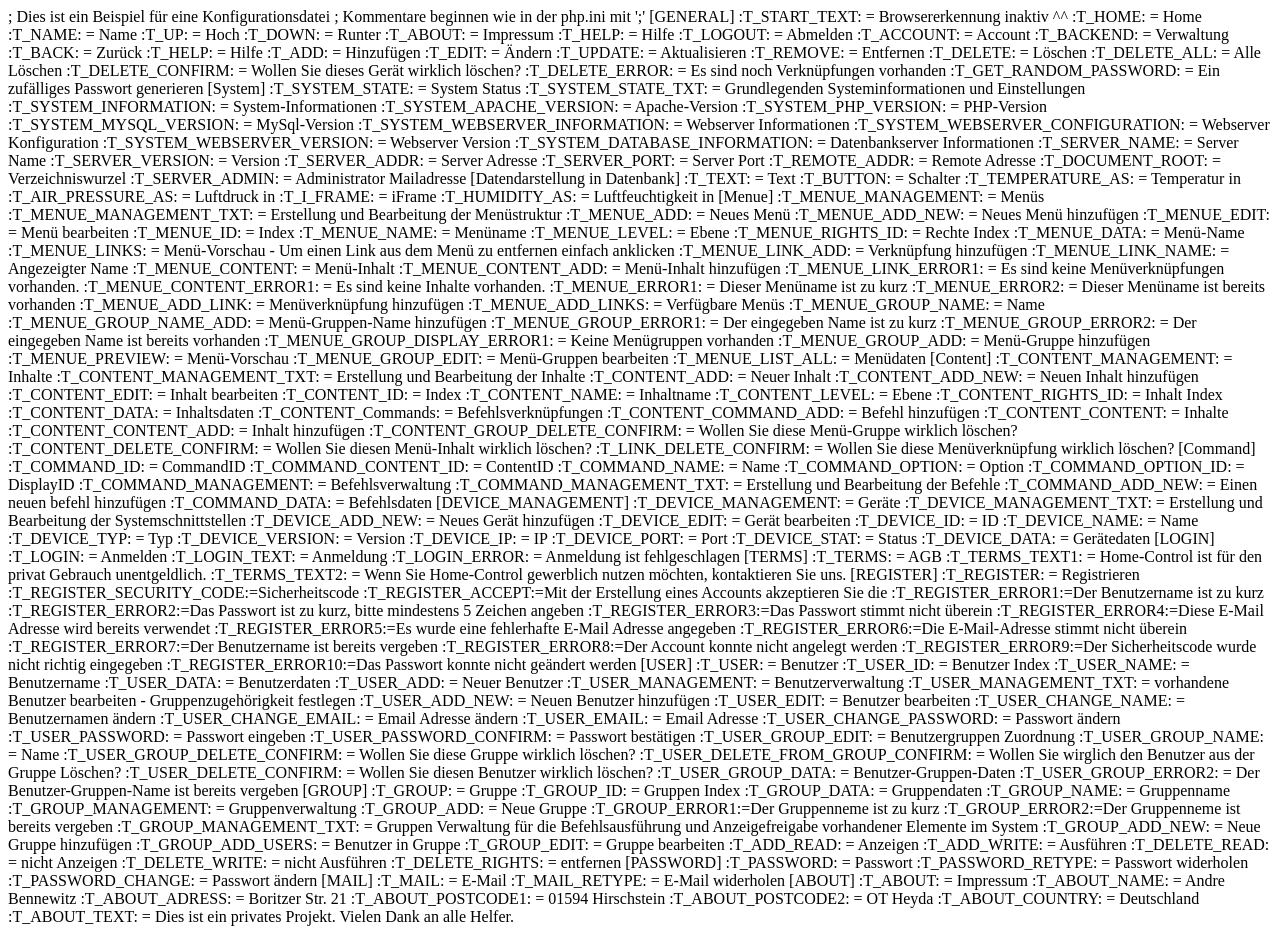
Repository: 0xF3ERROR/Home-Control
Page: http://localhost/language/lang_Ger.php
The author's editor kept a copy of each file at every save. The page is drawn from the files as they stood at one save, then again after the next save.
The browser window is 1280 px wide. The pictures show the whole page.
The page is run by PHP 8.4 with error messages shown; the project is at /var/www/html/.

Above is the page before, as saved 2012-09-16 16:48:00.

### Source/language/lang_Ger.php
; Dies ist ein Beispiel für eine Konfigurationsdatei
; Kommentare beginnen wie in der php.ini mit ';'


[GENERAL]
:T_START_TEXT: = Browsererkennung inaktiv ^^
:T_HOME: = Home
:T_NAME: = Name
:T_UP: = Hoch
:T_DOWN: = Runter
:T_ABOUT: = Impressum
:T_HELP: = Hilfe
:T_LOGOUT: = Abmelden
:T_ACCOUNT: = Account
:T_BACKEND: = Verwaltung
:T_BACK: = Zurück
:T_HELP: = Hilfe
:T_ADD: = Hinzufügen
:T_EDIT: = Ändern
:T_UPDATE: = Aktualisieren
:T_REMOVE: = Entfernen
:T_DELETE: = Löschen
:T_DELETE_ALL: = Alle Löschen
:T_DELETE_CONFIRM: = Wollen Sie dieses Gerät wirklich löschen?
:T_DELETE_ERROR: = Es sind noch Verknüpfungen vorhanden
:T_GET_RANDOM_PASSWORD: = Ein zufälliges Passwort generieren


[System]
:T_SYSTEM_STATE: = System Status
:T_SYSTEM_STATE_TXT: = Grundlegenden Systeminformationen und Einstellungen
:T_SYSTEM_INFORMATION: = System-Informationen
:T_SYSTEM_APACHE_VERSION: = Apache-Version
:T_SYSTEM_PHP_VERSION: = PHP-Version
:T_SYSTEM_MYSQL_VERSION: = MySql-Version
:T_SYSTEM_WEBSERVER_INFORMATION: = Webserver Informationen
:T_SYSTEM_WEBSERVER_CONFIGURATION: = Webserver Konfiguration
:T_SYSTEM_WEBSERVER_VERSION: = Webserver Version
:T_SYSTEM_DATABASE_INFORMATION: = Datenbankserver Informationen
:T_SERVER_NAME: = Server Name
:T_SERVER_VERSION: = Version
:T_SERVER_ADDR: = Server Adresse
:T_SERVER_PORT: = Server Port
:T_REMOTE_ADDR: = Remote Adresse
:T_DOCUMENT_ROOT: = Verzeichniswurzel
:T_SERVER_ADMIN: = Administrator Mailadresse





[Datendarstellung in Datenbank]
:T_TEXT: = Text
:T_BUTTON: = Schalter
:T_TEMPERATURE_AS: = Temperatur in
:T_AIR_PRESSURE_AS: = Luftdruck in
:T_I_FRAME: = iFrame
:T_HUMIDITY_AS: = Luftfeuchtigkeit in



[Menue]
:T_MENUE_MANAGEMENT: = Menüs
:T_MENUE_MANAGEMENT_TXT: = Erstellung und Bearbeitung der Menüstruktur
:T_MENUE_ADD: = Neues Menü
:T_MENUE_ADD_NEW: = Neues Menü hinzufügen
:T_MENUE_EDIT: = Menü bearbeiten
:T_MENUE_ID: = Index
:T_MENUE_NAME: = Menüname
:T_MENUE_LEVEL: = Ebene
:T_MENUE_RIGHTS_ID: = Rechte Index
:T_MENUE_DATA: = Menü-Name
:T_MENUE_LINKS: = Menü-Vorschau - Um einen Link aus dem Menü zu entfernen einfach anklicken
:T_MENUE_LINK_ADD: = Verknüpfung hinzufügen
:T_MENUE_LINK_NAME: = Angezeigter Name
:T_MENUE_CONTENT: = Menü-Inhalt
:T_MENUE_CONTENT_ADD: = Menü-Inhalt hinzufügen
:T_MENUE_LINK_ERROR1: = Es sind keine Menüverknüpfungen vorhanden.
:T_MENUE_CONTENT_ERROR1: = Es sind keine Inhalte vorhanden.
:T_MENUE_ERROR1: = Dieser Menüname ist zu kurz
:T_MENUE_ERROR2: = Dieser Menüname ist bereits vorhanden
:T_MENUE_ADD_LINK: = Menüverknüpfung hinzufügen
:T_MENUE_ADD_LINKS: = Verfügbare Menüs
:T_MENUE_GROUP_NAME: = Name
:T_MENUE_GROUP_NAME_ADD: = Menü-Gruppen-Name hinzufügen
:T_MENUE_GROUP_ERROR1: = Der eingegeben Name ist zu kurz
:T_MENUE_GROUP_ERROR2: = Der eingegeben Name ist bereits vorhanden
:T_MENUE_GROUP_DISPLAY_ERROR1: = Keine Menügruppen vorhanden
:T_MENUE_GROUP_ADD: = Menü-Gruppe hinzufügen
:T_MENUE_PREVIEW: = Menü-Vorschau
:T_MENUE_GROUP_EDIT: = Menü-Gruppen bearbeiten
:T_MENUE_LIST_ALL: = Menüdaten

[Content]
:T_CONTENT_MANAGEMENT: = Inhalte
:T_CONTENT_MANAGEMENT_TXT: = Erstellung und Bearbeitung der Inhalte
:T_CONTENT_ADD: = Neuer Inhalt
:T_CONTENT_ADD_NEW: = Neuen Inhalt hinzufügen
:T_CONTENT_EDIT: = Inhalt bearbeiten
:T_CONTENT_ID: = Index
:T_CONTENT_NAME: = Inhaltname
:T_CONTENT_LEVEL: = Ebene
:T_CONTENT_RIGHTS_ID: = Inhalt Index
:T_CONTENT_DATA: = Inhaltsdaten
:T_CONTENT_Commands: = Befehlsverknüpfungen
:T_CONTENT_COMMAND_ADD: = Befehl hinzufügen
:T_CONTENT_CONTENT: = Inhalte
:T_CONTENT_CONTENT_ADD: = Inhalt hinzufügen
:T_CONTENT_GROUP_DELETE_CONFIRM: = Wollen Sie diese Menü-Gruppe wirklich löschen?
:T_CONTENT_DELETE_CONFIRM: = Wollen Sie diesen Menü-Inhalt wirklich löschen?
:T_LINK_DELETE_CONFIRM: = Wollen Sie diese Menüverknüpfung wirklich löschen?



[Command]
:T_COMMAND_ID: = CommandID
:T_COMMAND_CONTENT_ID: = ContentID
:T_COMMAND_NAME: = Name
:T_COMMAND_OPTION: = Option
:T_COMMAND_OPTION_ID: = DisplayID
:T_COMMAND_MANAGEMENT: = Befehlsverwaltung
:T_COMMAND_MANAGEMENT_TXT: = Erstellung und Bearbeitung der Befehle
:T_COMMAND_ADD_NEW: = Einen neuen befehl hinzufügen
:T_COMMAND_DATA: = Befehlsdaten


[DEVICE_MANAGEMENT]
:T_DEVICE_MANAGEMENT: = Geräte
:T_DEVICE_MANAGEMENT_TXT: = Erstellung und Bearbeitung der Systemschnittstellen
:T_DEVICE_ADD_NEW: = Neues Gerät hinzufügen
:T_DEVICE_EDIT: = Gerät bearbeiten
:T_DEVICE_ID: = ID
:T_DEVICE_NAME: = Name
:T_DEVICE_TYP: = Typ
:T_DEVICE_VERSION: = Version
:T_DEVICE_IP: = IP
:T_DEVICE_PORT: = Port
:T_DEVICE_STAT: = Status
:T_DEVICE_DATA: = Gerätedaten


[LOGIN]
:T_LOGIN: = Anmelden
:T_LOGIN_TEXT: = Anmeldung
:T_LOGIN_ERROR: = Anmeldung ist fehlgeschlagen


[TERMS]
:T_TERMS: = AGB
:T_TERMS_TEXT1: = Home-Control ist für den privat Gebrauch unentgeldlich.
:T_TERMS_TEXT2: = Wenn Sie Home-Control gewerblich nutzen möchten, kontaktieren Sie uns.


[REGISTER]
:T_REGISTER: = Registrieren
:T_REGISTER_SECURITY_CODE:=Sicherheitscode
:T_REGISTER_ACCEPT:=Mit der Erstellung eines Accounts akzeptieren Sie die
:T_REGISTER_ERROR1:=Der Benutzername ist zu kurz
:T_REGISTER_ERROR2:=Das Passwort ist zu kurz, bitte mindestens 5 Zeichen angeben
:T_REGISTER_ERROR3:=Das Passwort stimmt nicht überein
:T_REGISTER_ERROR4:=Diese E-Mail Adresse wird bereits verwendet
:T_REGISTER_ERROR5:=Es wurde eine fehlerhafte E-Mail Adresse angegeben
:T_REGISTER_ERROR6:=Die E-Mail-Adresse stimmt nicht überein
:T_REGISTER_ERROR7:=Der Benutzername ist bereits vergeben
:T_REGISTER_ERROR8:=Der Account konnte nicht angelegt werden
:T_REGISTER_ERROR9:=Der Sicherheitscode wurde nicht richtig eingegeben
:T_REGISTER_ERROR10:=Das Passwort konnte nicht geändert werden


[USER]
:T_USER: = Benutzer
:T_USER_ID: = Benutzer Index
:T_USER_NAME: = Benutzername
:T_USER_DATA: = Benutzerdaten
:T_USER_ADD: = Neuer Benutzer
:T_USER_MANAGEMENT: = Benutzerverwaltung
:T_USER_MANAGEMENT_TXT: = vorhandene Benutzer bearbeiten - Gruppenzugehörigkeit festlegen
:T_USER_ADD_NEW: = Neuen Benutzer hinzufügen
:T_USER_EDIT: = Benutzer bearbeiten
:T_USER_CHANGE_NAME: = Benutzernamen ändern
:T_USER_CHANGE_EMAIL: = Email Adresse ändern
:T_USER_EMAIL: = Email Adresse
:T_USER_CHANGE_PASSWORD: = Passwort ändern
:T_USER_PASSWORD: = Passwort eingeben
:T_USER_PASSWORD_CONFIRM: = Passwort bestätigen
:T_USER_GROUP_EDIT: = Benutzergruppen Zuordnung
:T_USER_GROUP_NAME: = Name
:T_USER_GROUP_DELETE_CONFIRM: = Wollen Sie diese Gruppe wirklich löschen?
:T_USER_DELETE_FROM_GROUP_CONFIRM: = Wollen Sie wirglich den Benutzer aus der Gruppe Löschen?
:T_USER_DELETE_CONFIRM: = Wollen Sie diesen Benutzer wirklich löschen?
:T_USER_GROUP_DATA: = Benutzer-Gruppen-Daten
:T_USER_GROUP_ERROR2: = Der Benutzer-Gruppen-Name ist bereits vergeben

[GROUP]
:T_GROUP: = Gruppe
:T_GROUP_ID: = Gruppen Index
:T_GROUP_DATA: = Gruppendaten
:T_GROUP_NAME: = Gruppenname
:T_GROUP_MANAGEMENT: = Gruppenverwaltung
:T_GROUP_ADD: = Neue Gruppe
:T_GROUP_ERROR1:=Der Gruppenneme ist zu kurz
:T_GROUP_ERROR2:=Der Gruppenneme ist bereits vergeben
:T_GROUP_MANAGEMENT_TXT: = Gruppen Verwaltung für die Befehlsausführung und Anzeigefreigabe vorhandener Elemente im System
:T_GROUP_ADD_NEW: = Neue Gruppe hinzufügen
:T_GROUP_ADD_USERS: = Benutzer in Gruppe
:T_GROUP_EDIT: = Gruppe bearbeiten
:T_ADD_READ: = Anzeigen
:T_ADD_WRITE: = Ausführen
:T_DELETE_READ: = nicht Anzeigen
:T_DELETE_WRITE: = nicht Ausführen
:T_DELETE_RIGHTS: = entfernen

[PASSWORD]
:T_PASSWORD: = Passwort
:T_PASSWORD_RETYPE: = Passwort widerholen
:T_PASSWORD_CHANGE: = Passwort ändern


[MAIL]
:T_MAIL: = E-Mail
:T_MAIL_RETYPE: = E-Mail widerholen


[ABOUT]
:T_ABOUT: = Impressum
:T_ABOUT_NAME: = Andre Bennewitz
:T_ABOUT_ADRESS: = Boritzer Str. 21
:T_ABOUT_POSTCODE1: = 01594 Hirschstein
:T_ABOUT_POSTCODE2: = OT Heyda
:T_ABOUT_COUNTRY: = Deutschland
:T_ABOUT_TEXT: = Dies ist ein privates Projekt. Vielen Dank an alle Helfer.

After the next save:
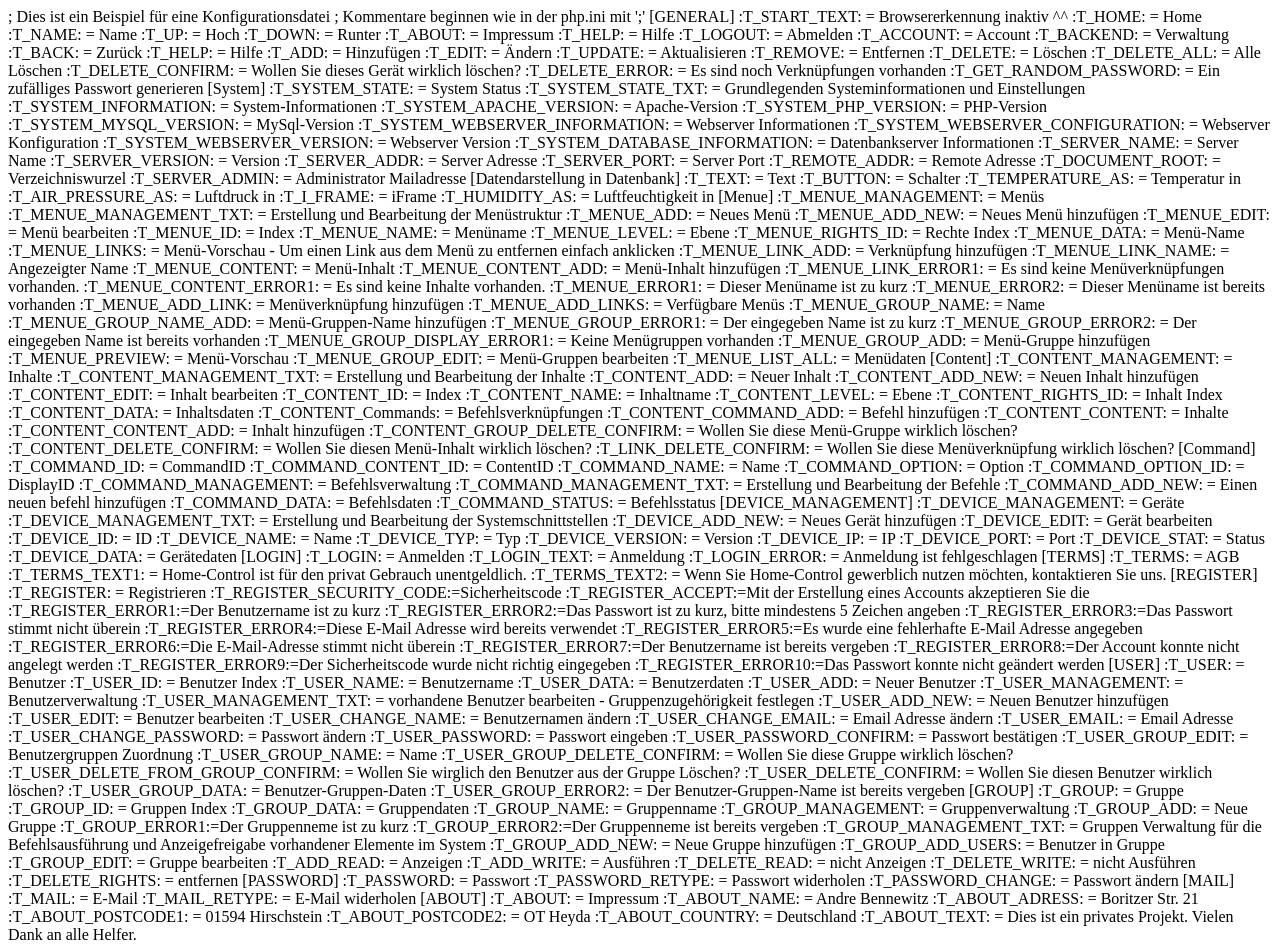
Saved 24 s later.
--- a/Source/language/lang_Ger.php
+++ b/Source/language/lang_Ger.php
@@ -122,7 +122,7 @@
 :T_COMMAND_MANAGEMENT_TXT: = Erstellung und Bearbeitung der Befehle
 :T_COMMAND_ADD_NEW: = Einen neuen befehl hinzufügen
 :T_COMMAND_DATA: = Befehlsdaten
-
+:T_COMMAND_STATUS: = Befehlsstatus
 
 [DEVICE_MANAGEMENT]
 :T_DEVICE_MANAGEMENT: = Geräte
